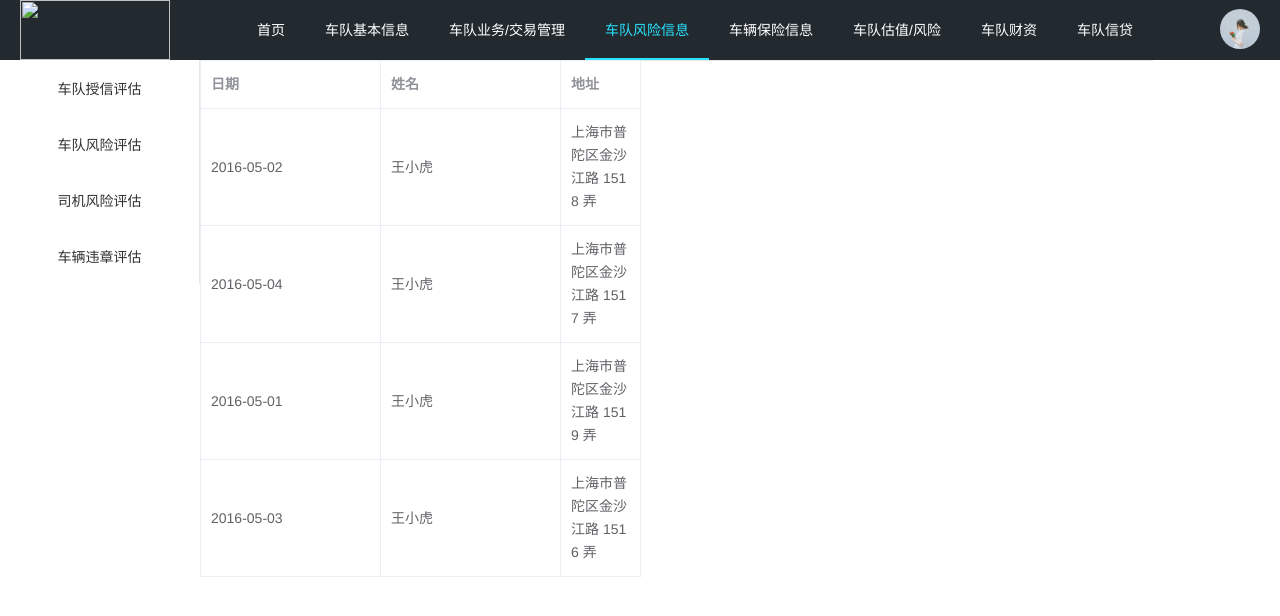
Repository: TheWomanLiketheWind/woodpecker
Page: /
The author's editor kept a copy of each file at every save. The page is drawn from the files as they stood at one save, then again after the next save.
The browser window is 1280 px wide. The pictures show the whole page.
The project was rebuilt for these pictures with package versions that can differ from the ones it lists, and the page was loaded fresh each time.

Above is the page before, as saved 2019-07-25 17:15:24.

### public/index.html
<!DOCTYPE html>
<html lang="en">
  <head>
    <meta charset="utf-8">
    <meta http-equiv="X-UA-Compatible" content="IE=edge">
    <meta name="viewport" content="width=device-width,initial-scale=1.0">
    <link rel="icon" href="<%= BASE_URL %>favicon.ico">
    <title>woodpecker</title>
  </head>
  <body>
    <noscript>
      <strong>We're sorry but woodpecker doesn't work properly without JavaScript enabled. Please enable it to continue.</strong>
    </noscript>
    <div id="app"></div>
    <!-- built files will be auto injected -->
  </body>
</html>

### src/App.vue
<template>
  <div id="app">
    <router-view />
  </div>
</template>

<style lang="scss">
#app {
  font-family: "Avenir", Helvetica, Arial, sans-serif;
  -webkit-font-smoothing: antialiased;
  -moz-osx-font-smoothing: grayscale;
  text-align: center;
  color: #2c3e50;
  .el-header {
    display: flex;
    justify-content: space-between;
    align-items: center;
  }
}
#nav {
  padding: 30px;
  a {
    font-weight: bold;
    color: #2c3e50;
    &.router-link-exact-active {
      color: #42b983;
    }
  }
}
body {
  margin: 0;
}
</style>

### src/router.ts
import Vue from 'vue'
import Router from 'vue-router'
import Home from './views/Home.vue'
Vue.use(Router)

export default new Router({
  mode: 'history',
  base: process.env.BASE_URL,
  routes: [
    {
      path: '/',
      name: 'home',
      component: Home,
      children: [
        {
          path: '/',
          name: 'menuSecond',
          children: [
            {
              path: '/',
              name: 'menuThird',
              component: () =>
                import(/* webpackChunkName: "about" */ './views/menuThird.vue')
            }
          ],
          component: () =>
            import(/* webpackChunkName: "about" */ './views/menuSecond.vue')
        }
      ]
    }
  ]
})

### src/views/Home.vue
<template>
  <el-container>
    <el-header class="headerAll">
      <img src=""
           class="headImage">
      <el-menu :default-active="activeIndex"
               class="el-menu-demo"
               mode="horizontal"
               background-color="#222a30"
               text-color="#fff"
               active-text-color="#29e2fe"
               @select="handleSelect">
        <el-menu-item v-for="(item, index) in menuList"
                      :key="index"
                      :index="item.index"
                      v-on:listenToChildEvent="menuClick">{{item.name}}</el-menu-item>
      </el-menu>

      <el-dropdown>
        <img src="../assets/headImage.jpg"
             class="drophead" />
        <el-dropdown-menu slot="dropdown">
          <el-dropdown-item>个人信息</el-dropdown-item>
          <el-dropdown-item>退出</el-dropdown-item>
        </el-dropdown-menu>
      </el-dropdown>
    </el-header>
    <!-- <router-link to="/menuSecond">点击跳转</router-link> -->
    <router-view />
  </el-container>
</template>

<script lang="ts">
import { Component, Vue } from "vue-property-decorator";

@Component({
  components: {}
})
export default class Home extends Vue {
  data() {
    return {
      activeIndex: "4",
      menuList: [
        {
          name: "首页",
          index: "1",
          link: ""
        },
        {
          name: "车队基本信息",
          index: "2",
          link: ""
        },
        {
          name: "车队业务/交易管理",
          index: "3",
          link: ""
        },
        {
          name: "车队风险信息",
          index: "4",
          link: ""
        },
        {
          name: "车辆保险信息",
          index: "5",
          link: ""
        },
        {
          name: "车队估值/风险",
          index: "6",
          link: ""
        },
        {
          name: "车队财资",
          index: "7",
          link: ""
        },
        {
          name: "车队信贷",
          index: "8",
          link: ""
        }
      ]
    };
  }

  private handleSelect(key: any, keyPath: any) {
    console.log(key, keyPath);
  }

  menuClick(data: any) {
    this.$router.push(data);
  }
}
</script>

<style lang="scss">
.headerAll {
  background: #222a30;
  .headImage {
    width: 150px;
    height: 100%;
    border: 0;
  }
  .drophead {
    width: 40px;
    height: 40px;
    border-radius: 50%;
  }
}
</style>

### src/views/menuThird.vue
<template>
  <div>

    <el-table :data="tableData"
              border
              style="width: 100%">
      <el-table-column prop="date"
                       label="日期"
                       width="180">
      </el-table-column>
      <el-table-column prop="name"
                       label="姓名"
                       width="180">
      </el-table-column>
      <el-table-column prop="address"
                       label="地址">
      </el-table-column>
    </el-table>
  </div>
</template>

<script lang="ts">
import Vue from "vue";
export default Vue.extend({
  data() {
    return {
      tableData: [
        {
          date: "2016-05-02",
          name: "王小虎",
          address: "上海市普陀区金沙江路 1518 弄"
        },
        {
          date: "2016-05-04",
          name: "王小虎",
          address: "上海市普陀区金沙江路 1517 弄"
        },
        {
          date: "2016-05-01",
          name: "王小虎",
          address: "上海市普陀区金沙江路 1519 弄"
        },
        {
          date: "2016-05-03",
          name: "王小虎",
          address: "上海市普陀区金沙江路 1516 弄"
        }
      ]
    };
  }
});
</script>


<style>
</style>

### src/views/menuSecond.vue
<template>
  <el-container>
    <el-aside width="200px">
      <el-menu default-active="2"
               class="el-menu-vertical-demo">
        <el-menu-item index="1"
                      v-for="(item, index) in navigeList"
                      :key="index">
          <span slot="title">{{item.name}}</span>
        </el-menu-item>
      </el-menu>
    </el-aside>
    <router-view />
  </el-container>

</template>

<script lang="ts">
import Vue from "vue";
import files from "../jsonFile";

export default Vue.extend({
  data() {
    return {
      navigeList: files.navigeList
    };
  }
});
</script>


<style>
</style>

### src/jsonFile.ts
const fileObject = {
  navigeList: [
    {
      name: '车队授信评估',
      index: '1'
    },
    {
      name: '车队风险评估',
      index: '2'
    },
    {
      name: '司机风险评估',
      index: '3'
    },
    {
      name: '车辆违章评估',
      index: '4'
    }
  ]
}

export default fileObject

Loaded but not shown: src/main.ts (common file); src/store.ts (common file)

After the next save:
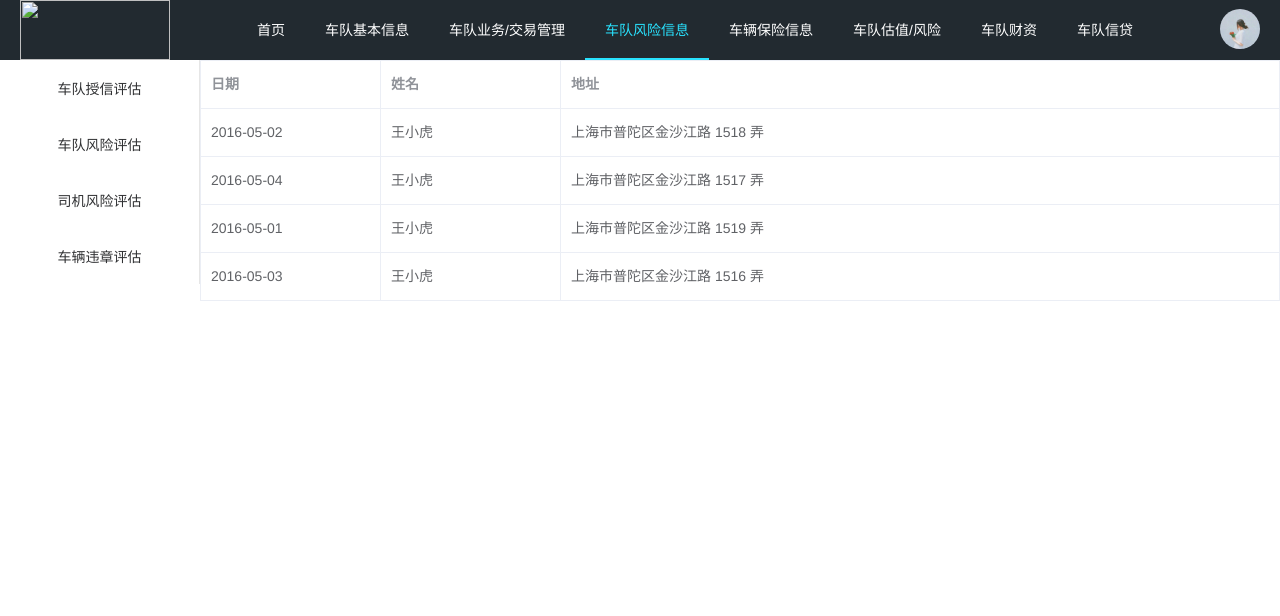
Saved 6 s later.
--- a/src/views/menuThird.vue
+++ b/src/views/menuThird.vue
@@ -1,22 +1,19 @@
 <template>
-  <div>
-
-    <el-table :data="tableData"
-              border
-              style="width: 100%">
-      <el-table-column prop="date"
-                       label="日期"
-                       width="180">
-      </el-table-column>
-      <el-table-column prop="name"
-                       label="姓名"
-                       width="180">
-      </el-table-column>
-      <el-table-column prop="address"
-                       label="地址">
-      </el-table-column>
-    </el-table>
-  </div>
+  <el-table :data="tableData"
+            border
+            style="width: 100%">
+    <el-table-column prop="date"
+                     label="日期"
+                     width="180">
+    </el-table-column>
+    <el-table-column prop="name"
+                     label="姓名"
+                     width="180">
+    </el-table-column>
+    <el-table-column prop="address"
+                     label="地址">
+    </el-table-column>
+  </el-table>
 </template>
 
 <script lang="ts">
